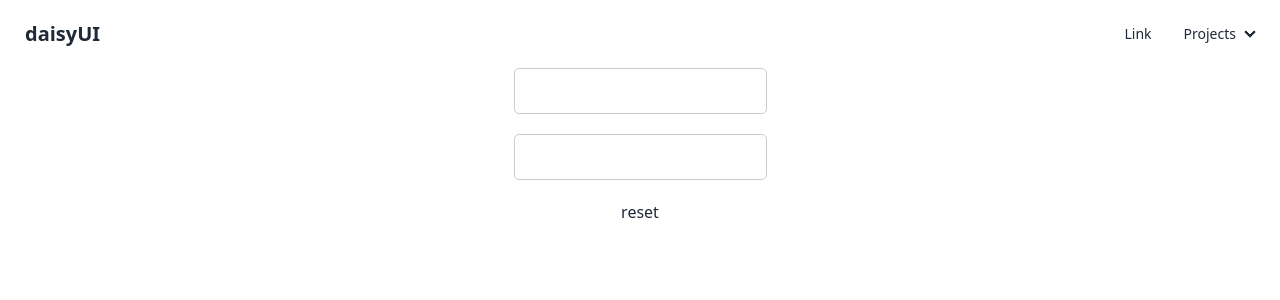
Repository: sibi24sibi/Crud-app-svelte
Page: /
These files come from the project's save history. The page is drawn as it stood at one moment and after the next save; the edit follows.
The browser window is 1280 px wide. The pictures show the whole page.
The project was rebuilt for these pictures with package versions that can differ from the ones it lists, and the page was loaded fresh each time. Also part of the build but not shown: svelte.config.js, vite.config.js, src/lib/Counter.svelte.

Above is the page before, as saved 2024-06-30 12:13:08.

### index.html
<!doctype html>
<html lang="en" data-theme="light">
  <head>
    <meta charset="UTF-8" />
    <link rel="icon" type="image/svg+xml" href="/vite.svg" />
    <meta name="viewport" content="width=device-width, initial-scale=1.0" />
    <title>Vite + Svelte</title>
  </head>
  <body>
    <div id="app"></div>
    <script type="module" src="/src/main.js"></script>
  </body>
</html>

### src/App.svelte
<script>
  import svelteLogo from "./assets/svelte.svg";
  import viteLogo from "/vite.svg";
  import Counter from "./lib/Counter.svelte";
  import Navbar from "./Components/Navbar.svelte";
  import Video from "./Components/InputData.svelte";
  import InputData from "./Components/InputData.svelte";
</script>

<main>
  <Navbar />

  <InputData />
</main>

<style>
</style>

### src/Components/Navbar.svelte
<script></script>

<body>
  <div class="navbar bg-base-100">
    <div class="flex-1">
      <a class="btn btn-ghost text-xl">daisyUI</a>
    </div>
    <div class="flex-none">
      <ul class="menu menu-horizontal px-1">
        <li><a>Link</a></li>
        <li>
          <details>
            <summary>Projects</summary>
            <ul class="bg-base-100 rounded-t-none p-2">
              <li><a>Video player</a></li>
              <li><a>data entry</a></li>
            </ul>
          </details>
        </li>
      </ul>
    </div>
  </div>
</body>

<style>
</style>

### src/Components/InputData.svelte
<script>
  import Input from "./Input.svelte";
  import { writable } from "svelte/store";
  let letValue = "";
  const storeValue = writable("test store");
  const reset = () => {
    letValue = "";
    $storeValue = "";
  };
</script>

<div class="flex flex-col justify-center gap-5 items-center">
  <Input />
  <Input />
  <button on:click={reset}>reset</button>
</div>

<style>
  input {
    width: 200px;
    margin-bottom: 10px;
  }
</style>

### src/Components/Input.Svelte
<script>
  export let value = "";
  const onInput = (e) => (value = e.target.value);
</script>

<input {value} on:input={onInput} />

<style>
  input {
    padding: 10px;
    border-radius: 5px;
    border: 1px solid #ccc;
  }
  h2 {
    margin-top: 10px;
  }
  p {
    margin-bottom: 10px;
  }
</style>

### tailwind.config.js
/** @type {import('tailwindcss').Config} */
export default {
  content: ["./index.html", "./src/**/*.{svelte,js,ts,jsx,tsx}"],
  theme: {
    extend: {},
  },
  plugins: [require("daisyui")],
};

Loaded but not shown: src/main.js (common file); src/app.css (common file)

After the next save:
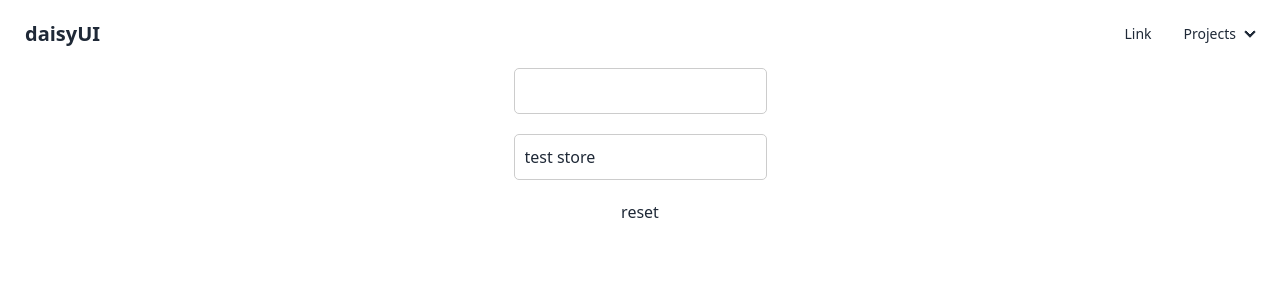
Saved 24 s later.
--- a/src/Components/InputData.svelte
+++ b/src/Components/InputData.svelte
@@ -10,8 +10,8 @@
 </script>
 
 <div class="flex flex-col justify-center gap-5 items-center">
-  <Input />
-  <Input />
+  <Input bind:value={letValue} />
+  <Input bind:value={$storeValue} />
   <button on:click={reset}>reset</button>
 </div>
 
